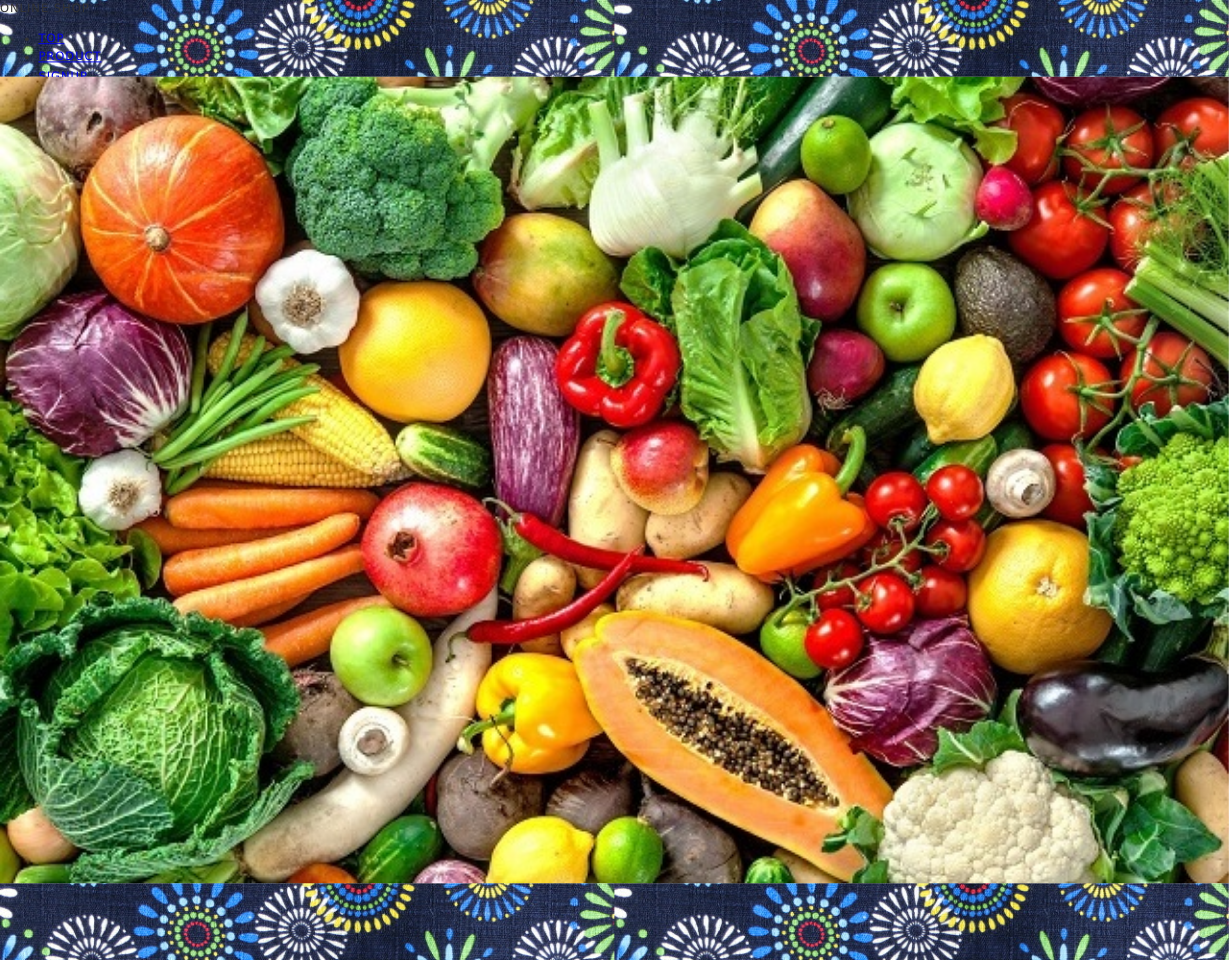
Repository: rt-1217/j2
Page: http://localhost/ecsite01/
These files come from the project's save history. The page is drawn as it stood at one moment and after the next save; the edit follows.
The browser window is 1280 px wide. The pictures show the whole page, at 96% of full size.
Backgrounds fixed to the window are drawn as part of the page. The page is served by Tomcat 9. Other server files are loaded and not shown.

Above is the page before, as saved 2018-05-29 07:36:22.

### ecsite01/WebContent/home.jsp
<%@ page language="java" contentType="text/html; charset=UTF-8"
    pageEncoding="UTF-8"%>
    <%@ taglib prefix="s" uri="/struts-tags" %>
<!DOCTYPE html PUBLIC "-//W3C//DTD HTML 4.01 Transitional//EN" "http://www.w3.org/TR/html4/loose.dtd">
<html>
<head>
<meta http-equiv="Content-Type" content="text/html; charset=UTF-8">
<meta http-equiv="Content-Style-Type" content="text/css" />
<meta http-equiv="Content-Script-Type" content="text/javascript" />
<meta http-equiv="imagetoolbar" content="no" />
<meta name="description" content="" />
<meta name="keywords" content="" />
<!-- CSSの読み込み -->
<link rel="stylesheet" type="text/css" href="./css/basis.css">
<link rel="stylesheet" type="text/css" href="./css/table.css">


<title>Home画面</title>



</head>
<body>

<div id="header">
<div class="header-logo">ONLINE SHOP</div>

<div class="top-menu">

<div class="left-list">
<ul class="top-li">
<li><a href='<s:url action="GoHomeAction"/>'>TOP</a></li>
<li><a href='<s:url action="ProductPageAction"/>'>PRODUCT</a></li>
<li><a href='<s:url action="UserCreateAction"/>'>SIGNUP</a></li>
</ul>
</div>

<div class="right-list">
<ul>
<li><a href='<s:url action="GoLoginAction"/>'>LOGIN</a></li>
<li><a href='<s:url action="MyPageAction"/>'>MYPAGE</a></li>
<li><a href='<s:url action="LogoutAction"/>'>LOGOUT</a></li>
<li><a href='<s:url action="InquiryAction"/>'>MAIL</a></li>
</ul>

</div>




</div>

</div>

<div id="main">
<!-- <div id="top"> -->
<!-- <p>Home</p> -->
<!-- </div> -->

<div id="text-center">
<%-- <s:form action="HomeAction"> --%>
<!-- <input id="submit_button" type="submit" value ="商品購入"> -->
<%-- </s:form> --%>

<img src="./image/homeyasai.jpg" width="100%" height="auto">

<s:if test="#session.id !=null">
<p>ログアウトする場合は
<a href ='<s:url action="LogoutAction" />'>こちら</a></p>
</s:if>

</div>


</div>

<div id="footer">

</div>


</body>
</html>

### ecsite01/WebContent/css/basis.css
@CHARSET "UTF-8";

/* ========TAG LAYOUT======== */
body {
margin:0;
padding:0;
line-height:1.6;
letter-spacing:1px;
font-family:Verdana, Helvetica, sans-serif;
font-size:12px;
color:#333;
background:#fff;
background-image:url("../image/tama.jpg");
background-attachment: fixed;
/* background-size:contain; */
/* background-repeat: no-repeat; */


}
table {
text-align:center;
margin:0 auto;
}


/* ========ID LAYOUT======== */
#top {
width:780px;
margin:30px auto;
border:2px solid #333;
}
#header {
width: 100%;
height: 80px;
/* background-color: black; */
background-image:url("../image/hanabi2.jpg");

}
#main {
width: 100%;
height: 100%;
text-align: center;
}
#footer {
width: 100%;
height: 80px;
background-color: black;
clear:both;
background-image:url("../image/hanabi2.jpg");
}


.red{
	color:red;
}
/*floatの解除*/
.clear{
	clear:both;
}

### ecsite01/WebContent/css/table.css
@CHARSET "UTF-8";

.item-table{
	text-align:center;

}


.dl-list{
	margin:0px;
	padding:0px;
	width:100%;
}

.dd-list{
	width:31%;
	display:inline-block;

	background-color: rgba(226, 255, 225, 0.2);
 	font-size: 12px;
 	float:left;
	margin:0;
	padding:15px 0px;
	margin-left:2%;
	margin-bottom:20px;
}
.dd-list:last-child {
	margin-right: 0;
}

.button{
	margin:0 auto;
	text-align:center;
	width:100px;
	height:100px;

}

After the next save:
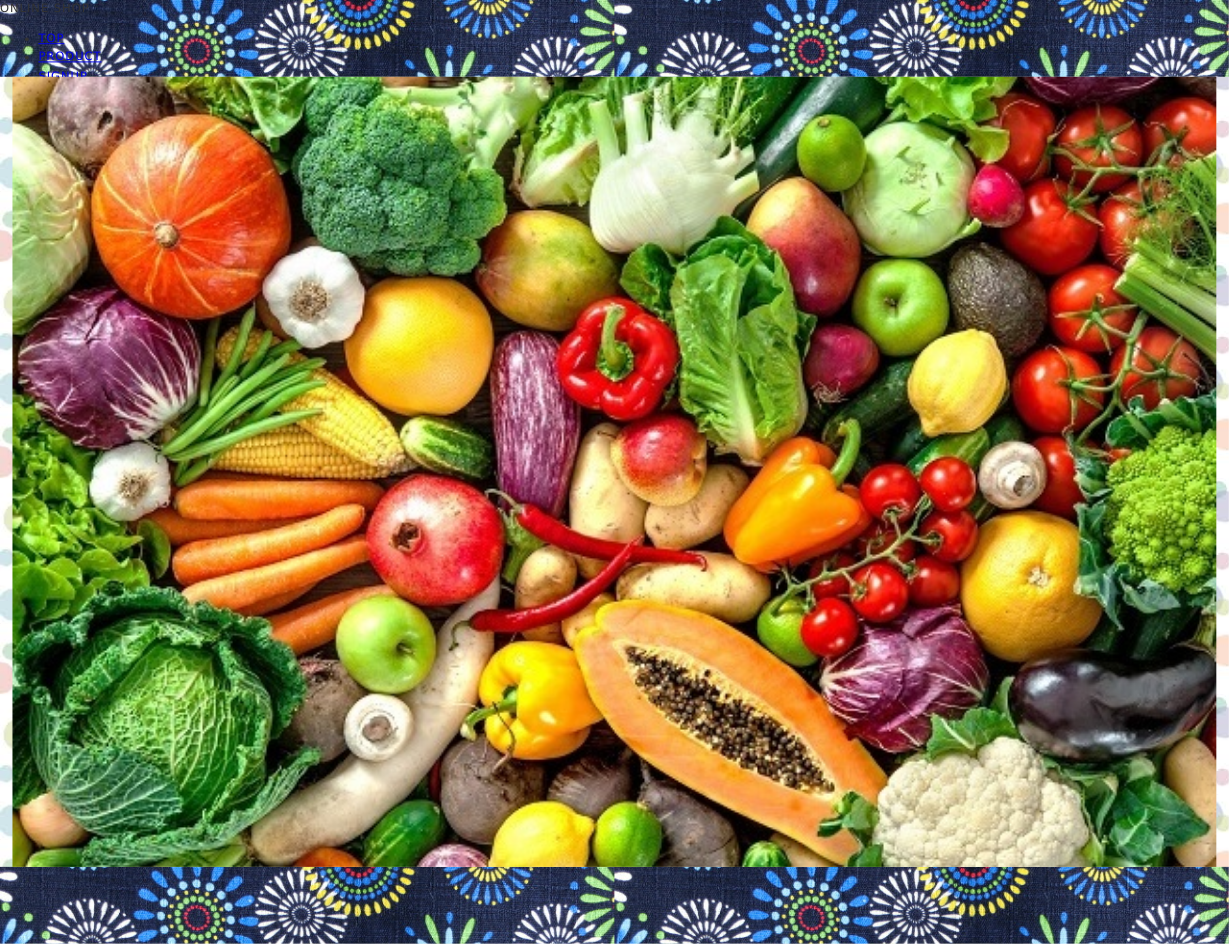
Saved 4 s later.
--- a/ecsite01/WebContent/home.jsp
+++ b/ecsite01/WebContent/home.jsp
@@ -62,7 +62,7 @@
 <!-- <input id="submit_button" type="submit" value ="商品購入"> -->
 <%-- </s:form> --%>
 
-<img src="./image/homeyasai.jpg" width="100%" height="auto">
+<img src="./image/homeyasai.jpg" width="98%" height="auto">
 
 <s:if test="#session.id !=null">
 <p>ログアウトする場合は
